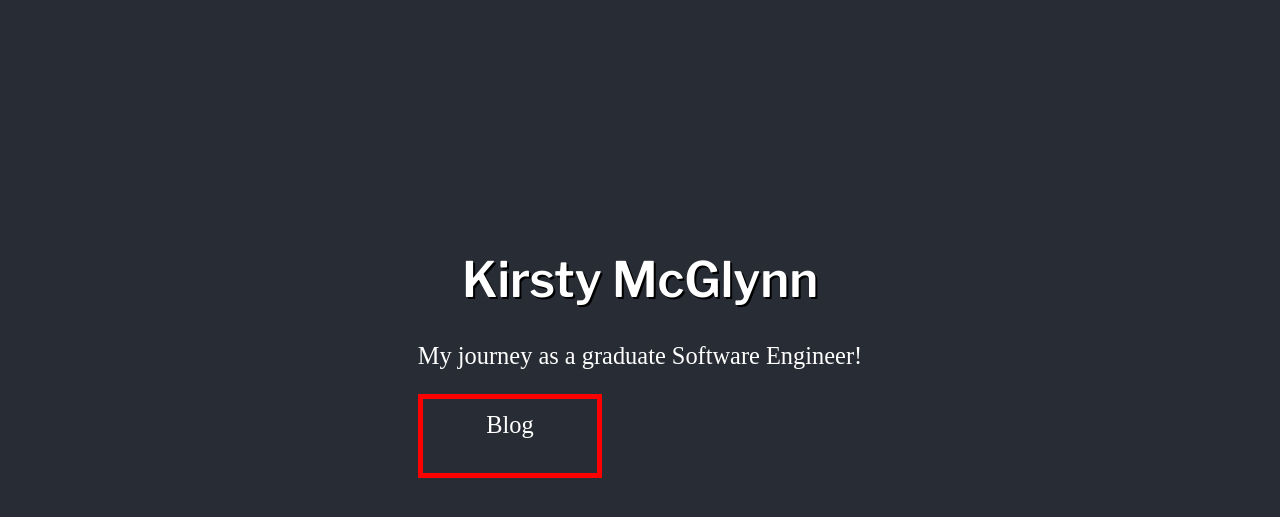
Repository: KLM94/blog
Page: /
These files come from the project's save history. The page is drawn as it stood at one moment and after the next save; the edit follows.
The browser window is 1280 px wide. The pictures show the whole page.
The project was rebuilt for these pictures with package versions that can differ from the ones it lists, and the page was loaded fresh each time. Also part of the build but not shown: src/index.css.

Above is the page before, as saved 2020-11-07 12:50:57.

### src/App.js
import './App.css';
import Blog from './Components/Blog'

function App() {
  return (
    <div className="App">
      <header className="App-header">
       <Blog />
      </header>
    </div>
  );
}

export default App;

### src/App.css
@import url("https://fonts.googleapis.com/css2?family=Libre+Franklin:wght@600&display=swap");

.App {
  text-align: center;
}

body {
  background-color: #282c34;
  min-height: 100vh;
  display: flex;
  flex-direction: column;
  align-items: center;
  justify-content: center;
  font-size: calc(10px + 2vmin);
  color: white;
  margin: 0;
}

h1 {
  font-family: "Libre Franklin", sans-serif;
  text-shadow: 2px 2px #000000;
}

.blog-title {
  border: 5px solid red;
  box-sizing: content-box;
  width: 150px;
  height: 50px;
  padding: 0.5em;
}

### src/Components/Blog.jsx
export default function Blog() {
  return (
    <div>
      <h1>Kirsty McGlynn</h1>
      <p> My journey as a graduate Software Engineer!</p>

      <p className="blog-title">Blog</p>
    </div>
  );
}

Loaded but not shown: public/index.html (common file); src/index.js (common file)

After the next save:
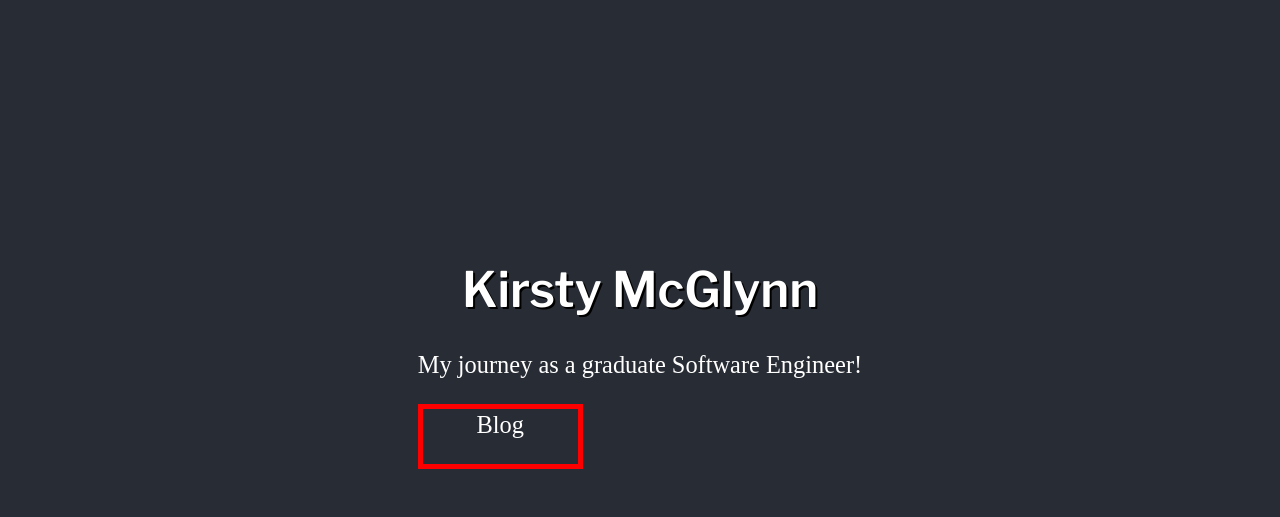
Saved 22 s later.
--- a/src/App.css
+++ b/src/App.css
@@ -26,5 +26,5 @@
   box-sizing: content-box;
   width: 150px;
   height: 50px;
-  padding: 0.5em;
+  padding: 0.1em;
 }
